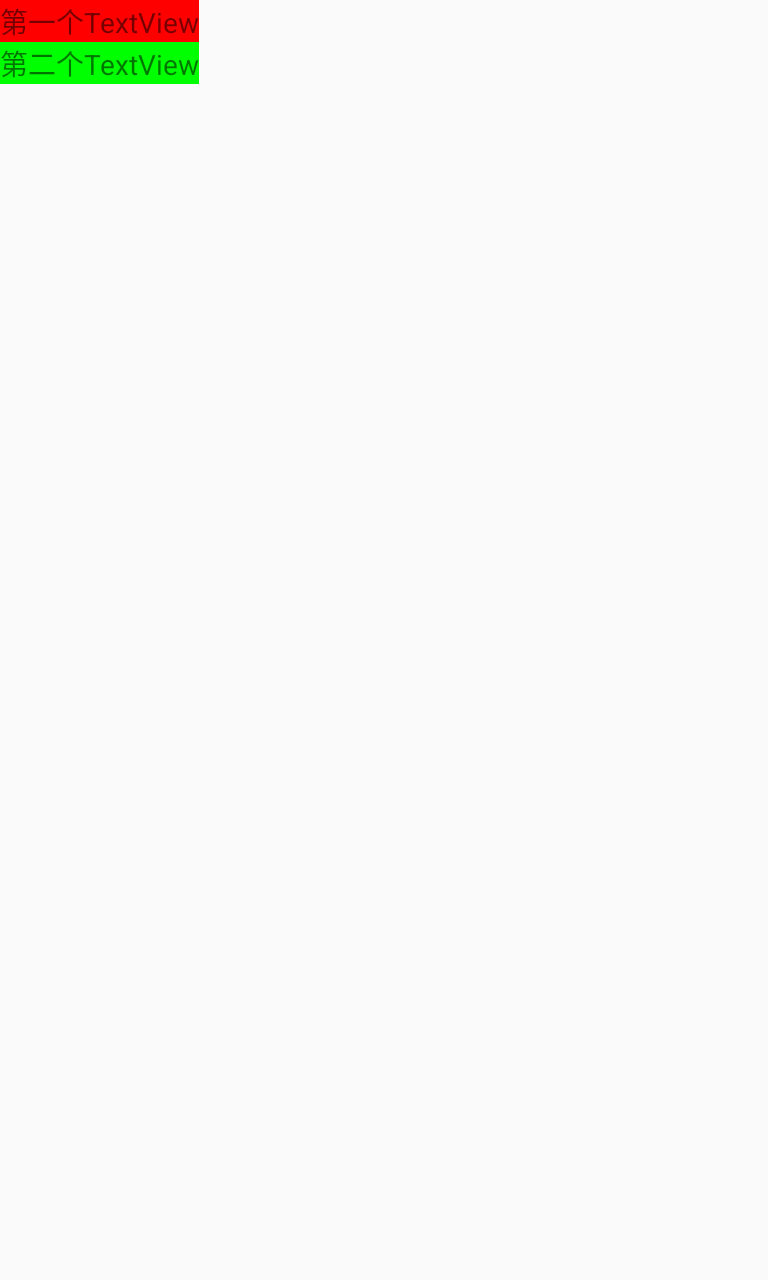
Repository: anqiongdy/androidworkspace
Layout: Layout/res/layout/first_layout.xml
The author's editor kept a copy of each file at every save. The layout is drawn from the files as they stood at one save, then again after the next save.
It is drawn on a 768 x 1280 px phone screen (xhdpi) without system bars, with theme AppTheme; the app's code is not run.

Above is the layout before, as saved 2014-05-03 13:26:18.

After the next save:
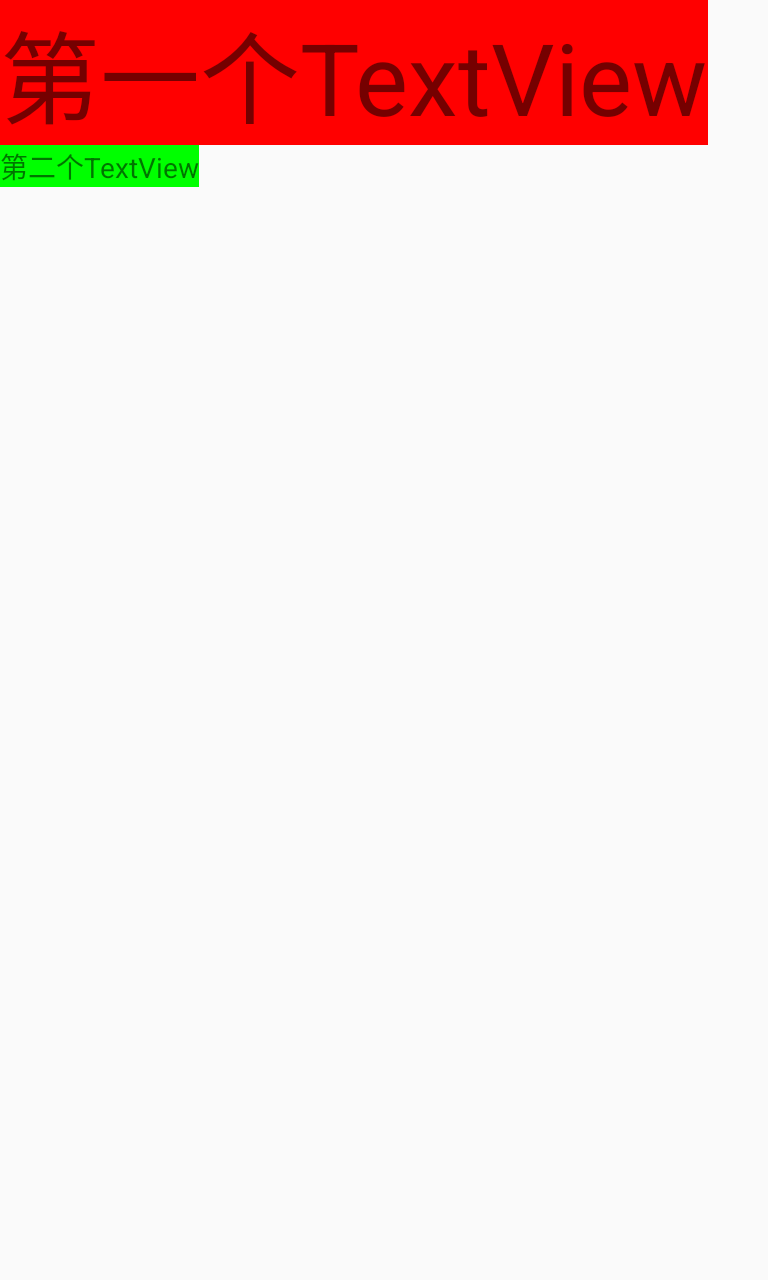
Saved 23 min 38 s later.
--- a/Layout/res/layout/first_layout.xml
+++ b/Layout/res/layout/first_layout.xml
@@ -7,6 +7,7 @@
         android:layout_width="wrap_content"
         android:layout_height="wrap_content"
         android:background="#FF0000"
+        android:textSize="50dp"
         android:text="第一个TextView"/>
 
         <TextView
